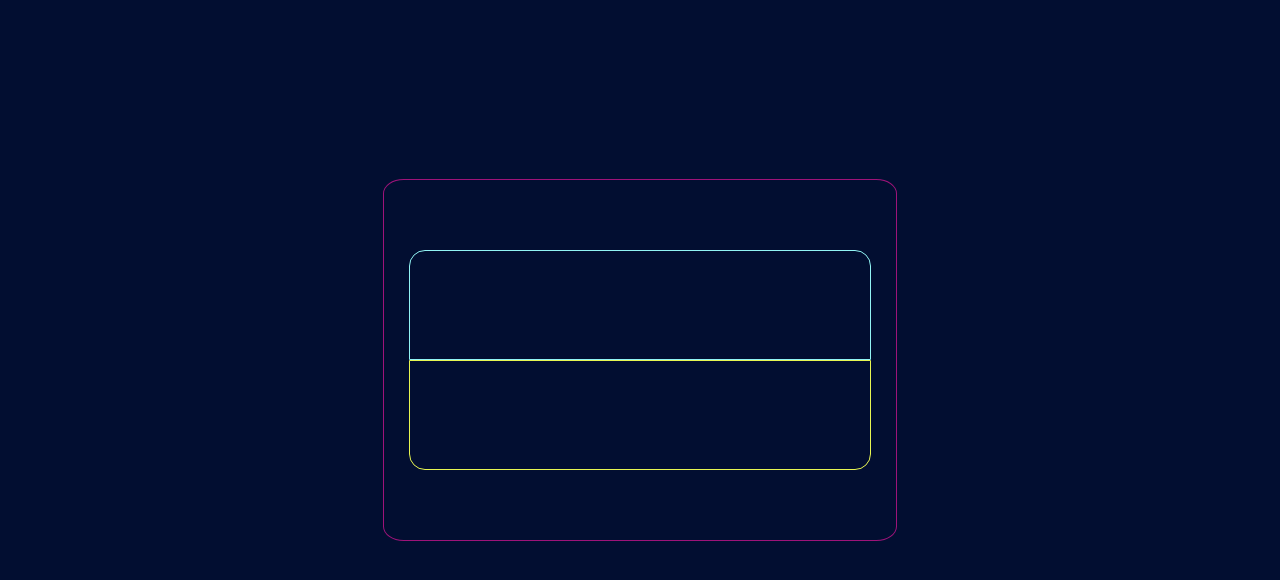
Repository: 2001mariana/Calculator_react
Page: /
These files come from the project's save history. The page is drawn as it stood at one moment and after a run of saves; the edit follows.
The browser window is 1280 px wide. The pictures show the whole page.
The project was rebuilt for these pictures with package versions that can differ from the ones it lists, and the page was loaded fresh each time.

Above is the page before, as saved 2023-02-06 17:37:34.

### src/index.tsx
import React from "react";
import ReactDOM from "react-dom/client";

import App from "./App";
import reportWebVitals from "./reportWebVitals";

import "./index.css";

const root = ReactDOM.createRoot(
  document.getElementById("root") as HTMLElement
);
root.render(
  <React.StrictMode>
    <App />
  </React.StrictMode>
);

reportWebVitals();

### src/App.tsx
import "./App.css";

function App() {
  return (
    <div className="Calculator">
      <div className="Calculator__body">
        <div className="Calculator__screen"></div>
        <div className="Calculator__buttons"></div>
      </div>
    </div>
  );
}

export default App;

### src/App.css
.Calculator {
  background-color: #020e31;
  height: 100vh;
  display: flex;
  justify-content: center;
  align-items: center;
}

.Calculator__body {
  height: 50vh;
  width: 40vw;
  border-radius: 4%;
  border: 1px solid #9e1379;
  display: flex;
  flex-direction: column;
  justify-content: center;
  align-items: center;
}

.Calculator__screen {
  border: 1px solid #92F4F4;
  height: 30%;
  width: 90%;
  border-radius: 16px 16px 0 0;
}

.Calculator__buttons {
  border: 1px solid #e8f652;
  height: 30%;
  width: 90%;
  border-radius: 0 0 16px 16px;
}

@media (max-width: 1200px) {
  .Calculator__body {
    height: 55vh;
  }
}

@media (max-width: 1100px) {
  .Calculator__body {
    width: 50vw;
    height: 60vh;
  }
}

@media (max-width: 1000px) {
  .Calculator__body {
    width: 55vw;
    height: 65vh;
  }
}

@media (max-width: 900px) {
  .Calculator__body {
    width: 60vw;
    height: 70vh;
  }
}

@media (max-width: 800px) {
  .Calculator__body {
    width: 70vw;
    height: 75vh;
  }
}

@media (max-width: 680px) {
  .Calculator__body {
    width: 80vw;
    height: 80vh;
  }
}

@media (max-width: 560px) {
  .Calculator__body {
    width: 90vw;
  }
}

Loaded but not shown: public/index.html (common file); src/reportWebVitals.ts (common file); src/index.css (common file)

After the next 2 saves:
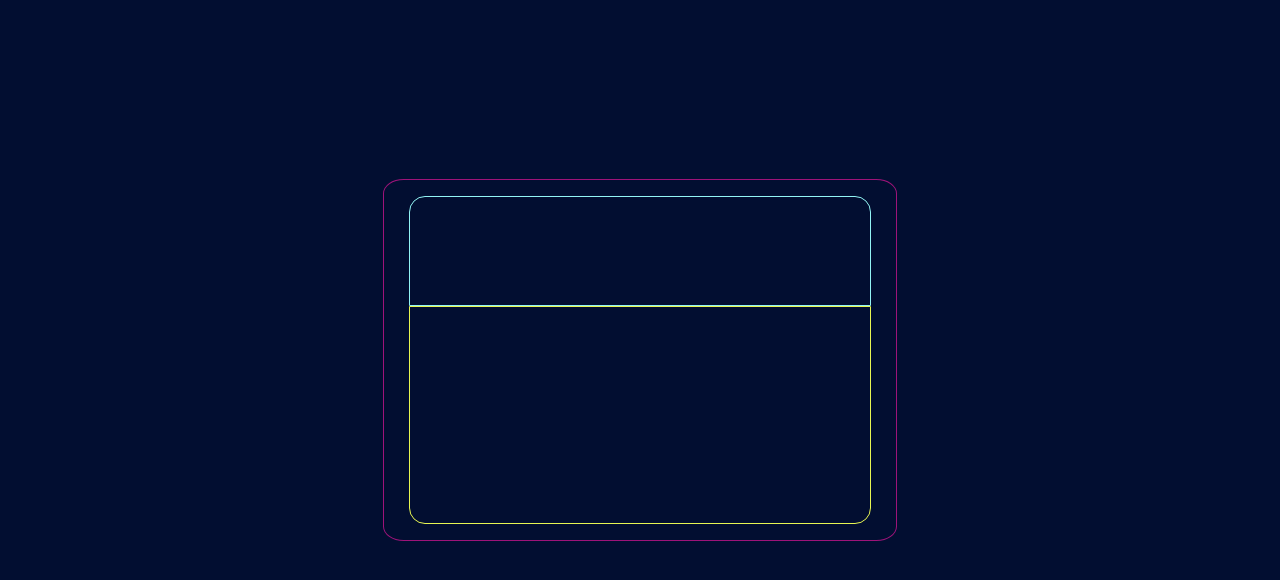
The 2 saves are shown as one change because they came seconds apart.
The last was saved 18 s later.
--- a/src/App.css
+++ b/src/App.css
@@ -26,7 +26,7 @@
 
 .Calculator__buttons {
   border: 1px solid #e8f652;
-  height: 30%;
+  height: 60%;
   width: 90%;
   border-radius: 0 0 16px 16px;
 }
